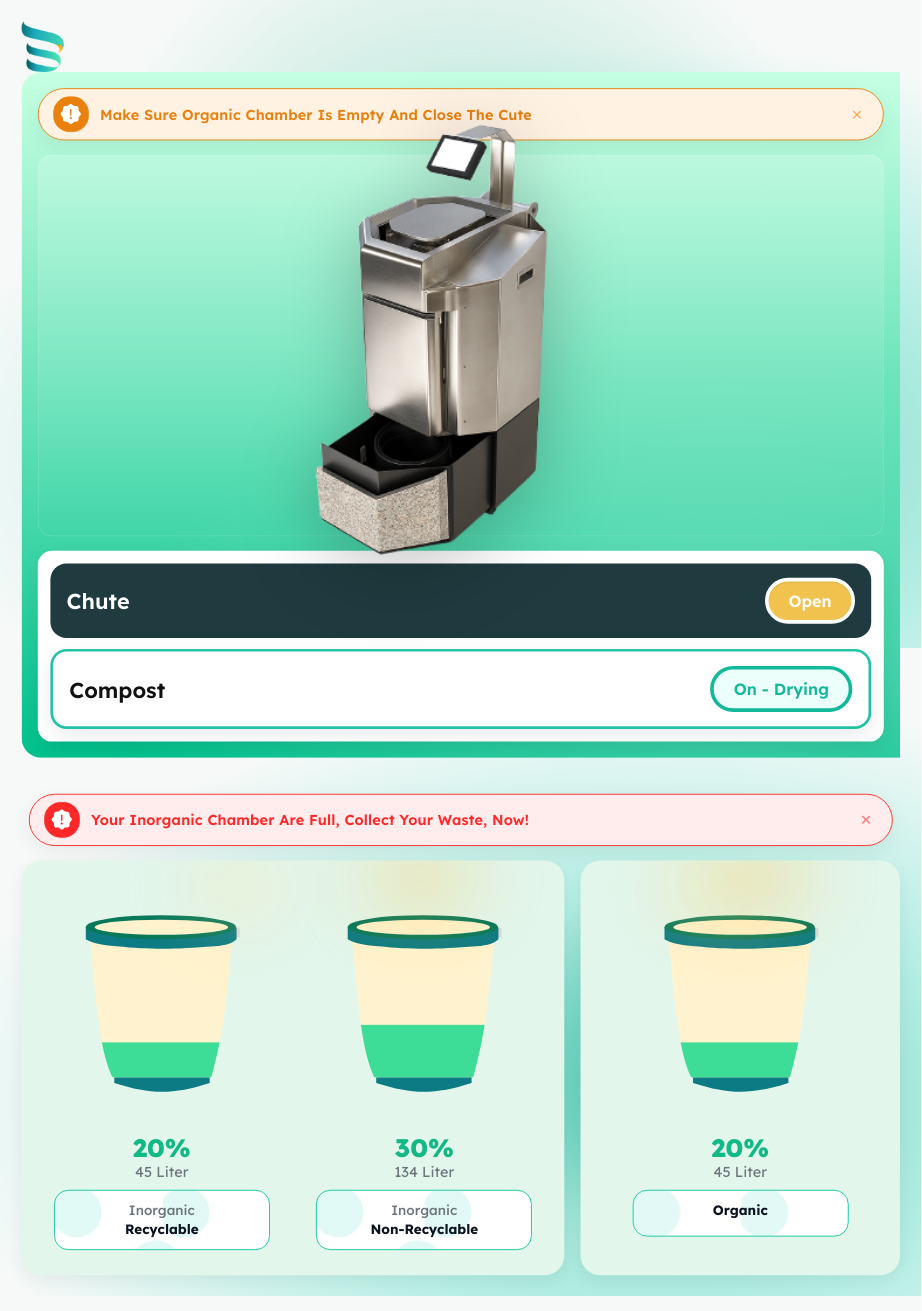
Repository: william-saputra/nusabin
Page: pages/homepage.html
The author's editor kept a copy of each file at every save. The page is drawn from the files as they stood at one save, then again after the next save.
The browser window is 1024 px wide. The pictures show the whole page, at 90% of full size.
Backgrounds fixed to the window are drawn as part of the page.

Above is the page before, as saved 2025-08-13 10:16:34.

After the next save:
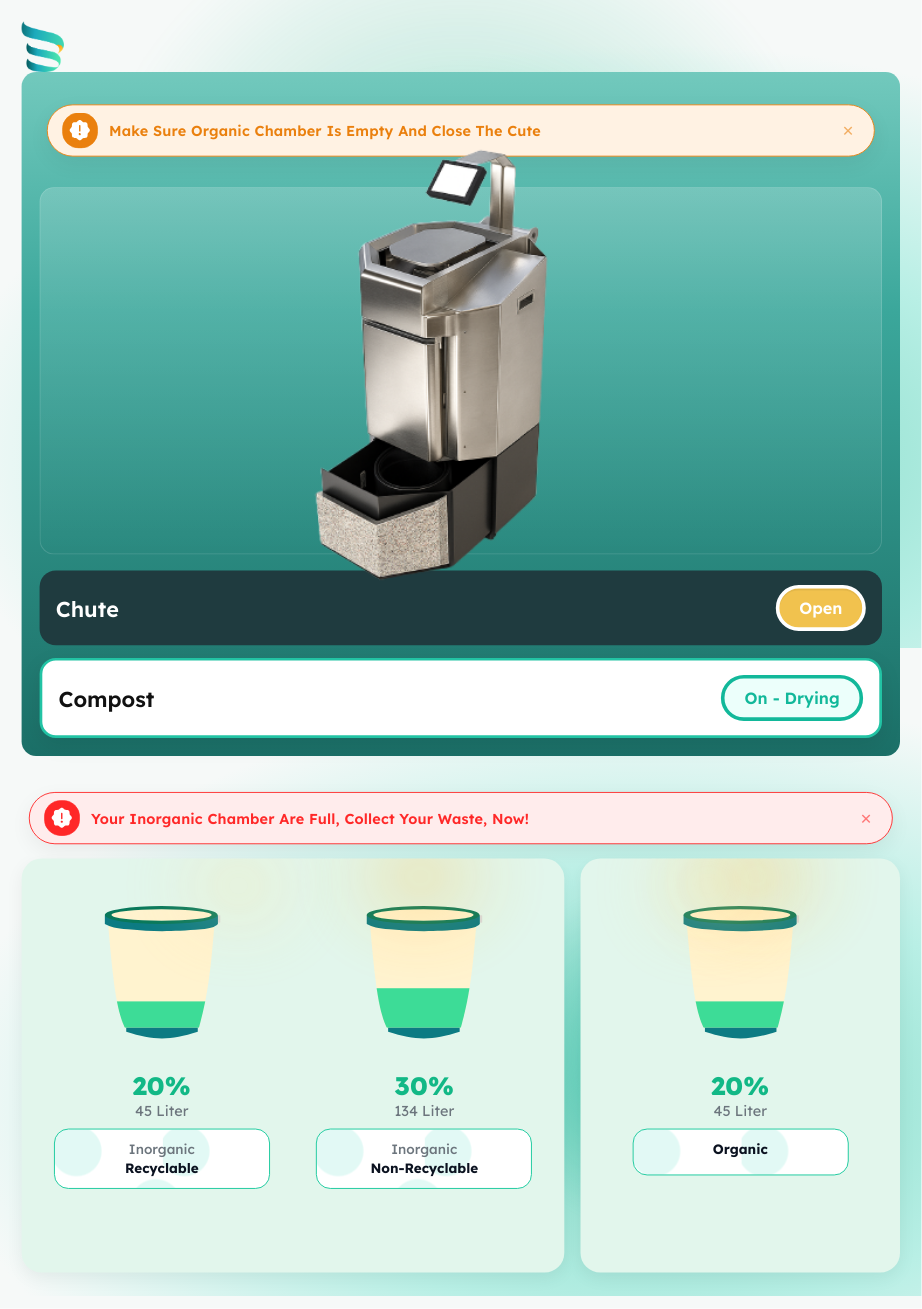
Saved 84 s later.
--- a/styles/pages/homepage.css
+++ b/styles/pages/homepage.css
@@ -1,39 +1,22 @@
-/* Hapus efek card lama di right-panel */
-.right-panel {
-  background:
-    radial-gradient(120% 80% at 80% 90%, rgba(255,255,255,.25) 0%, transparent 60%),
-    linear-gradient(180deg, #C6FFE2 0%, #00C28C 100%) !important; /* gradient hijau penuh */
-  border-radius: 22px 0 0 22px !important; /* rounded kiri saja */
-  box-shadow: none !important;
-  min-height: calc(100vh - 72px) !important; /* isi tinggi viewport */
-  padding: 18px;
-  display: flex;
-  flex-direction: column;
-  gap: 16px;
-  overflow: hidden;
+/* Page-specific fine-tuning for Homepage */
+.homepage .card-buckets { background: #E2F6EC; }
+.homepage .card-bucket-single { background: #E2F6EC; }
+
+.homepage .bucket-item .bucket { filter: drop-shadow(0 10px 24px rgba(0,0,0,.08)); }
+.homepage .bucket-item .percent { letter-spacing: .3px; }
+
+.right-panel .status-panel { gap: 14px; }
+
+@media (max-width: 1100px) {
+  .homepage .bucket-svg { max-width: 180px; }
 }
 
-/* pastikan alert, mesin, dan status panel di dalamnya diatur ulang */
-.right-panel .alerts { margin: 0; }
+/* bottom-left half-circle glow decoration using SVG */
+.page-left-glow{position:fixed;left:-70px;bottom:-500px;width:800px;height:10000px;background:url('../../assets/icons/glow.svg') no-repeat left bottom/contain;pointer-events:none;z-index:-1}
 
-.right-panel .machine-wrapper {
-  flex: 1;
-  display: grid;
-  place-items: center;
-  padding: 8px 0;
-}
-
-.right-panel .machine {
-  max-width: 100%;
-  height: auto;
-  filter: drop-shadow(0 12px 32px rgba(0,0,0,.25));
-}
-
-.right-panel .status-panel {
-  background: #fff;
-  border-radius: 16px;
-  box-shadow: 0 8px 24px rgba(0,0,0,.08);
-  padding: 14px;
-  display: grid;
-  gap: 12px;
-}
+/* Match action cards typography and icon scale (if used on homepage cards) */
+.card-left .label{display:inline-block;background:rgba(11,174,155,.6);color:#fff;padding:7px 12px;border-radius:24px;font-weight:600;font-size:13.5px}
+.heading{margin:8px 0 0;color:#fff;font-weight:800;font-size:34px;line-height:1.08;text-shadow:0 1px 2px rgba(0,0,0,.15)}
+.card-right .icon-box{width:116px;height:116px;border-radius:18px;background:rgba(255,255,255,.08);display:grid;place-items:center;border:3px solid rgba(255,255,255,.95)}
+.card-right img{max-width:88%;max-height:88%;object-fit:contain}
+.cta{margin-top:28px}
